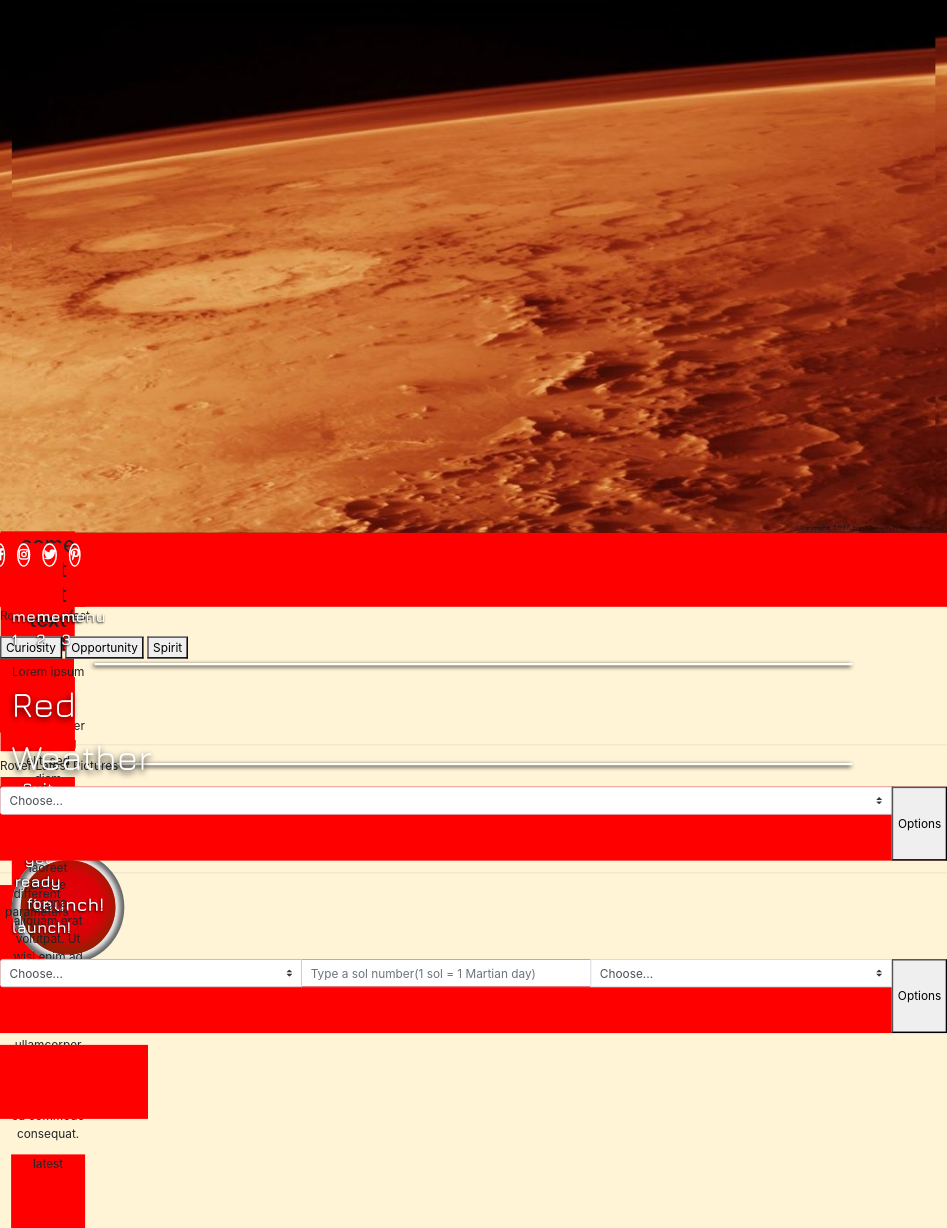
Repository: romqrq/Red-Planet-Explorer
Page: index.html
The author's editor kept a record of every edit. The page is drawn from the files as they stood at one moment, then again after the next edit.
The browser window is 1280 px wide. The pictures show the whole page, at 74% of full size.
Some web fonts or font styles are not loaded; a fallback is used. Some web libraries are served in a nearby version.

Above is the page before.

After the next edit:
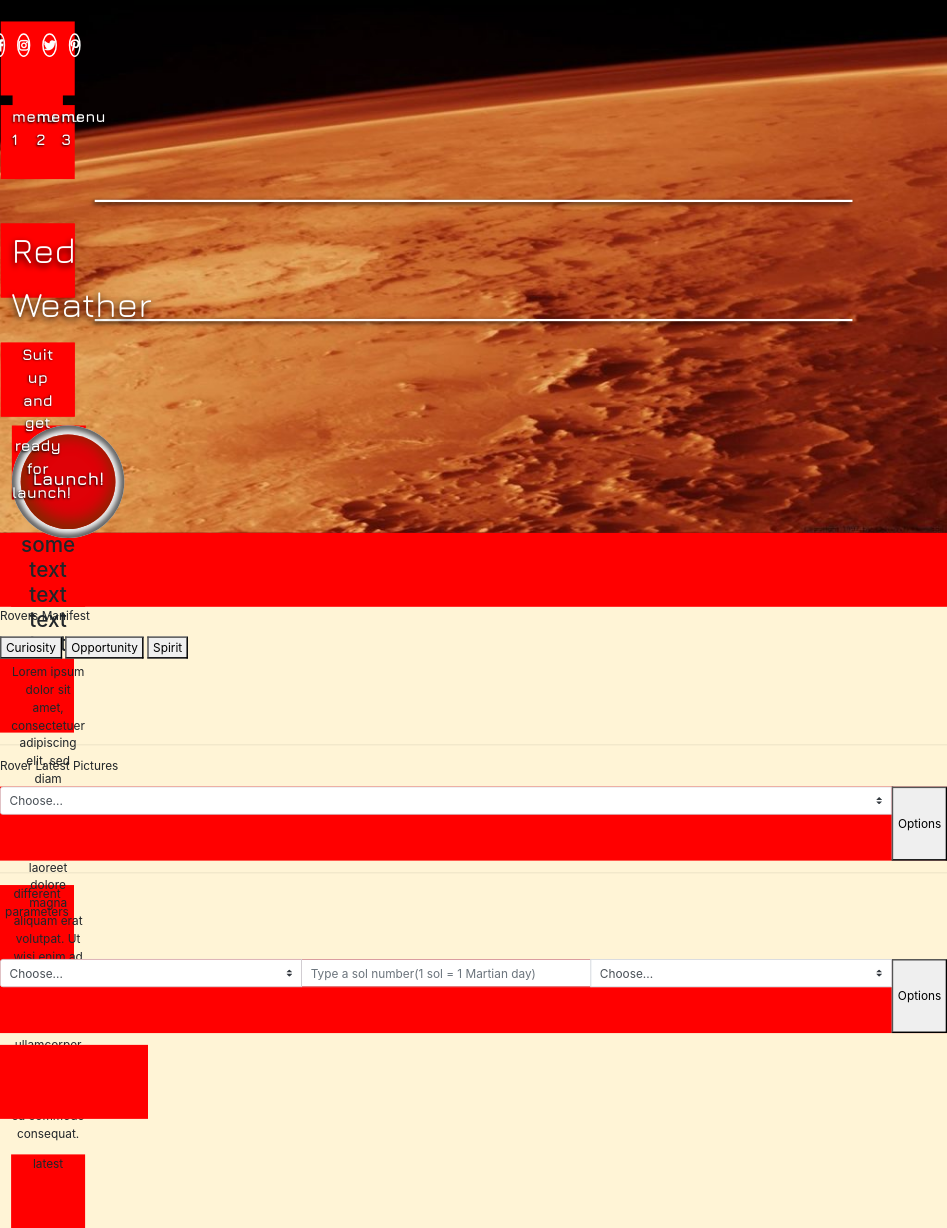
The edit:
--- a/index.html
+++ b/index.html
@@ -22,7 +22,7 @@
 <body>
     <header>
         <div class="container-fluid main-screen-container">
-            <img class="header-bg" src="assets/images/mars-athmosphere.jpg"></img>
+            <!--<img class="header-bg" src="assets/images/mars-athmosphere.jpg"></img>-->
             <div class="row social-row">
                 <div class="col-12 social-col">
                     <i class="fab fa-facebook-f round-border text-shadow"></i>
